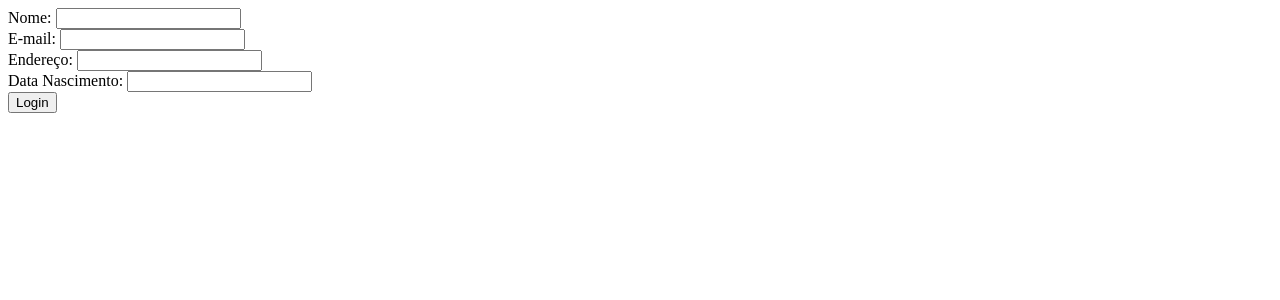
Repository: cassiowt/javaWEB
Page: Login/WebContent/index.html
An editor plug-in stored every save of this project. The page is shown before and after the next save, followed by the edit.
The browser window is 1280 px wide. The pictures show the whole page.

Above is the page before, as saved 2017-08-01 12:13:42.

### Login/WebContent/index.html
<!DOCTYPE html>
<html>
<head>
<meta charset="ISO-8859-1">
<title>Insert title here</title>
</head>
<body>
	<form action="validaLogin" method="post">
		Nome: <input type="text" name="nome" /> <br />
		E-mail: <input	type="text" name="email" /> <br />
		Endereço: <input type="text"name="endereco" /> <br />
		Data Nascimento: <input type="text"	name="dataNascimento" /> <br />
		<input type="submit" value="Login" />
	</form>
</body>
</html>

After the next save:
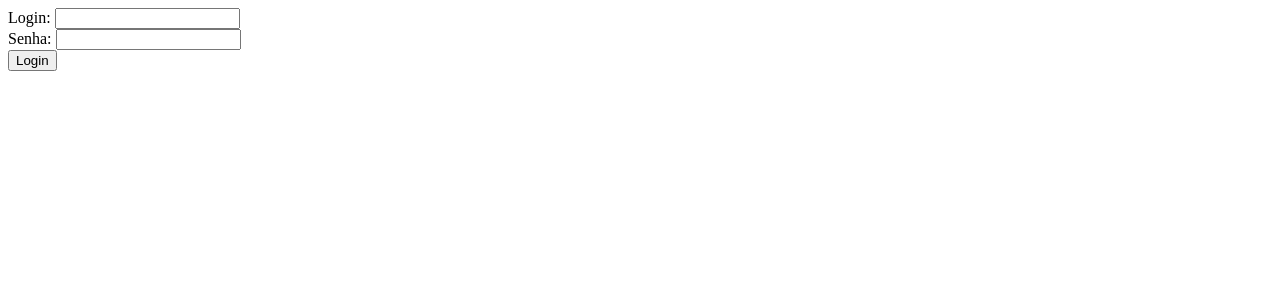
Saved 96 s later.
--- a/Login/WebContent/index.html
+++ b/Login/WebContent/index.html
@@ -6,10 +6,8 @@
 </head>
 <body>
 	<form action="validaLogin" method="post">
-		Nome: <input type="text" name="nome" /> <br />
-		E-mail: <input	type="text" name="email" /> <br />
-		Endereço: <input type="text"name="endereco" /> <br />
-		Data Nascimento: <input type="text"	name="dataNascimento" /> <br />
+		Login: <input type="text" name="login" /> <br />
+		Senha: <input	type="text" name="senha" /> <br />
 		<input type="submit" value="Login" />
 	</form>
 </body>
